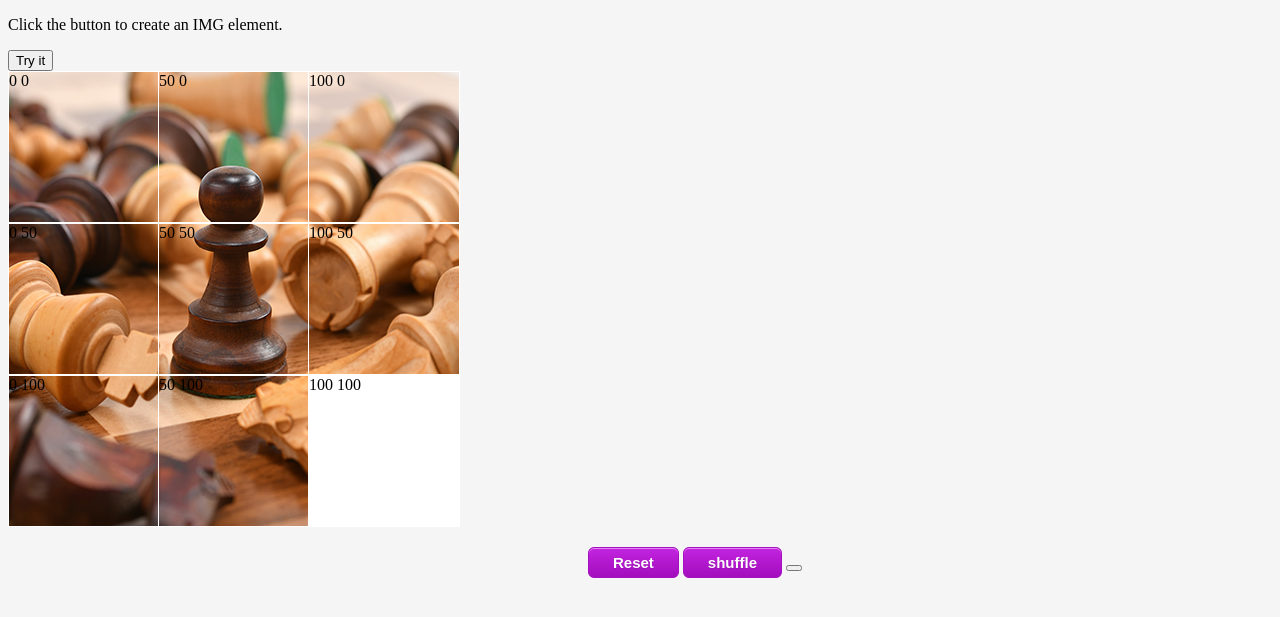
Repository: rashmikagamage/puzzle-vanila-js
Page: index.html
The author's editor kept a copy of each file at every save. The page is drawn from the files as they stood at one save, then again after the next save.
The browser window is 1280 px wide. The pictures show the whole page.

Above is the page before, as saved 2020-08-06 12:54:53.

After the next save:
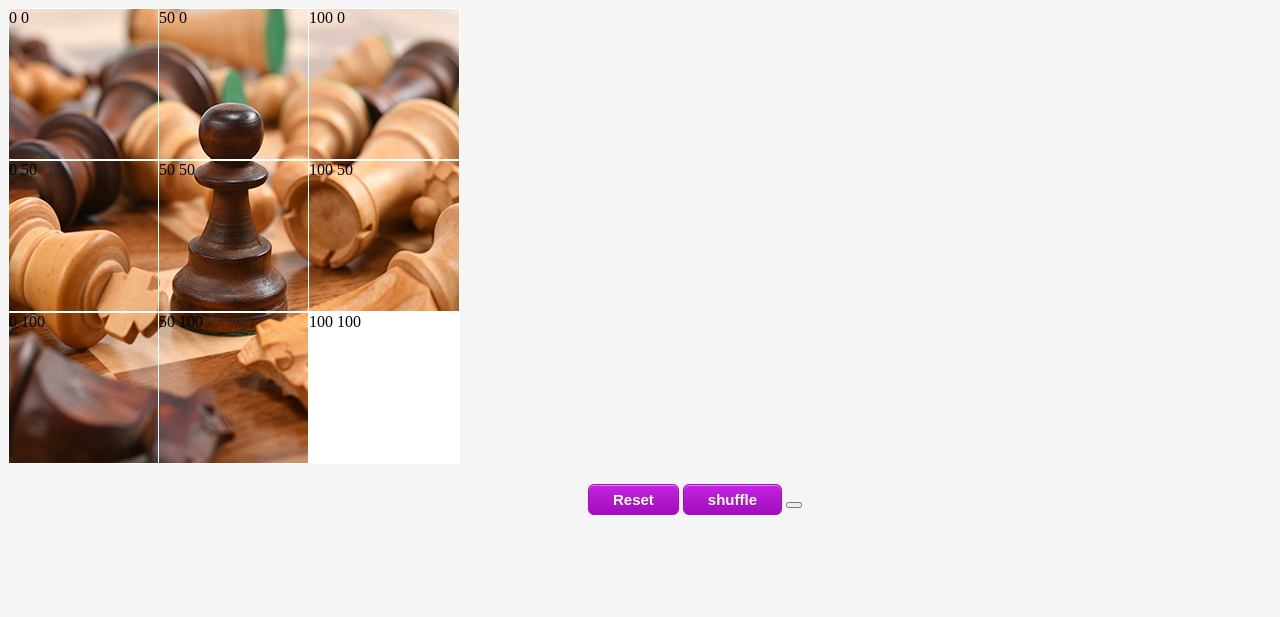
Saved 10 s later.
--- a/index.html
+++ b/index.html
@@ -7,9 +7,6 @@
 
 <body>
 
-    <p>Click the button to create an IMG element.</p>
-
-    <button onclick="myFunction(5)">Try it</button>
     <div class="gridContainer" id="imgContainer"></div>
     <button class="reset " style="margin-left: 580px; " onclick="reset() " align="center ">Reset</button>
     <button class="reset " onclick="shuffle() ">shuffle</button>
